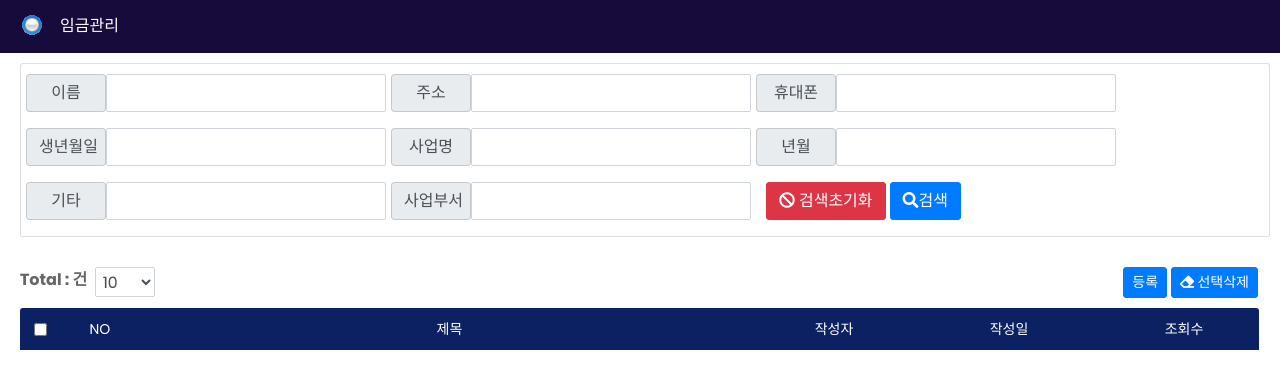
Repository: kimnamgu/GangNamGu
Page: http://localhost/manpower/WEB-INF/jsp/manage/paymentMng.jsp
These files come from the project's save history. The page is drawn as it stood at one moment and after the next save; the edit follows.
The browser window is 1280 px wide. The pictures show the whole page.
The page is served by Tomcat 9. Nobody is signed in. Other server files are loaded and not shown. The template is opened directly, without the code that normally fills it, so the values that code supplies are empty.

Above is the page before, as saved 2020-11-04 01:51:51.
Console error: TypeError: Cannot read properties of undefined (reading 'replace')

### manpower/src/main/webapp/WEB-INF/jsp/manage/paymentMng.jsp
<%@ page language="java" contentType="text/html; charset=UTF-8"	pageEncoding="UTF-8"%>
<html>
<head>
<%@ include file="/WEB-INF/include/include-header.jspf"%>


<script type="text/javascript">
	var user_right = "${sessionScope.userinfo.userright}";

	$(document).ready(function() {

		//from
		$("#FROM_DATE").datepicker({

			dateFormat: 'yy-mm-dd',
			monthNamesShort: ['1월','2월','3월','4월','5월','6월','7월','8월','9월','10월','11월','12월'],
		    dayNamesMin: ['일','월','화','수','목','금','토'],
			changeMonth: true, //월변경가능
		    changeYear: true, //년변경가능
			showMonthAfterYear: true //년 뒤에 월 표시
		});

		//to
		$("#TO_DATE").datepicker({

			dateFormat: 'yy-mm-dd',
			monthNamesShort: ['1월','2월','3월','4월','5월','6월','7월','8월','9월','10월','11월','12월'],
		    dayNamesMin: ['일','월','화','수','목','금','토'],
			changeMonth: true, //월변경가능
		    changeYear: true, //년변경가능
			showMonthAfterYear: true //년 뒤에 월 표시
		});

		//검색초기화
		fn_initial_setting();

		fn_selectDomesticContactList(1);

		$("#NAME").keydown(function (key) {

			if(key.keyCode == 13){//키가 13이면 실행 (엔터는 13)
				$("#PAGE_INDEX").val("1");
				fn_selectDomesticContactList(1);
			}
		});

		$("#search").on("click", function(e){ //검색 버튼
			e.preventDefault();
			fn_selectDomesticContactList(1);
		});

		$("#DISP_CNT").change(function(){
			$("#RECORD_COUNT").val($("#DISP_CNT option:selected").val());
			fn_selectDomesticContactList(1);
		});

		$("#initial").on("click", function(e){ //초기화 버튼
			e.preventDefault();
			$("#form1").each(function() {
				fn_initial_setting();
		    });
		});

		//전체 선택시
		$('input[name=_selected_all_]').on('change', function(){
			$('input[name=_selected_]').prop('checked', this.checked);
		});


		$("#delete").on("click", function(e){ //초기화 버튼
			e.preventDefault();
			delChkRow();
		});


	});

	function fromDate_icon(){
		//from
		$("#FROM_DATE").focus();

	}

	function toDate_icon(){
		//to
		$("#TO_DATE").focus();
	}


	//선택 로우 삭제
    function delChkRow() {

    	var arr = $('input[name=_selected_]:checked').serializeArray().map(function(item) { return item.value });

		var checkedValue = [];
		$('input[name=_selected_]:checked').each(function(index, item){
			checkedValue.push($(item).val());
		});


		if (arr.length ==0 ) {
			alert("선택된 로우가 없습니다.");
			return false;
		}

		if (confirm("선택 항목을 삭제 하시겠습니까?")) {

			//견적서 파일 삭제

			$.ajax({
		        type: "post",
		        url : "/corona/manage/deleteDomesticChk.do",
		        data: {
		        	val:checkedValue
		        },
		        contentType : "application/x-www-form-urlencoded; charset=utf-8",

		        success:function (data) {//추천성공
		        	alert("삭제가 완료되었습니다.");
		        	fn_selectDomesticContactList(1);
	            },

		        error: function (data) {//추천실패
		        	alert("삭제가 실패 하였습니다.관리자에게 문의 바랍니다.");
	            }
	     	});

		}
	}

	//수정화면가기
	function fn_updateDomestic(UID) {
		var comSubmit = new ComSubmit();

		comSubmit.setUrl("<c:url value='/write/updateDomesticView.do' />");
		comSubmit.addParam("ID", UID);
		comSubmit.submit();
	}


	//검색초기화
	function fn_initial_setting(){
		//From의 초기값을 오늘 날짜로 설정
	    $('#FROM_DATE').datepicker('setDate', '-1M'); //(-1D:하루전, -1M:한달전, -1Y:일년전), (+1D:하루후, -1M:한달후, -1Y:일년후)
	    //To의 초기값을 내일로 설정
	    $('#TO_DATE').datepicker('setDate', 'today'); //(-1D:하루전, -1M:한달전, -1Y:일년전), (+1D:하루후, -1M:한달후, -1Y:일년후)

	    $("#RECORD_COUNT").val($("#DISP_CNT option:selected").val());
		$("#PAGE_INDEX").val("1");

		$("#NAME").val("");
	}


	function fn_selectDomesticContactList(pageNo){
		var comAjax = new ComAjax();
		comAjax.setUrl("<c:url value='/manage/selectDomesticContactList.do' />");
		comAjax.addParam("PAGE_INDEX",pageNo);
		comAjax.addParam("PAGE_ROW", $("#RECORD_COUNT").val());
		comAjax.addParam("name", $("#NAME").val());

		comAjax.addParam("from_date", $("#FROM_DATE").val().replace(/-/gi, ""));
		comAjax.addParam("to_date", $("#TO_DATE").val().replace(/-/gi, ""));
		comAjax.setCallback("fn_selectDomesticContactListCallback");

		comAjax.ajax();
	}


	function fn_selectDomesticContactListCallback(data){
		var total = data.total;
		var body = $("#mytable");
		var recordcnt = $("#RECORD_COUNT").val();


		$("#tcnt").text(comma(total));

		body.empty();
		if(total == 0){
			var str = "<tr>" +
				  "<td colspan='32' style='text-align:center;'>조회된 결과가 없습니다.</td>" +
				  "</tr>";
			body.append(str);
		}
		else{
			var params = {
				divId : "PAGE_NAVI",
				pageIndex : "PAGE_INDEX",
				totalCount : total,
				recordCount : recordcnt,
				eventName : "fn_selectDomesticContactList"
			};
			gfn_renderPaging(params);

			var str = "";
			var t_str = "";
			var tr_class = "";
			var jsonData = null;
			var jsonStr = null;

			$.each(data.list, function(key, value){
				       t_str = "";

				       if ((value.RNUM % 2) == 0 )
							tr_class = "tr1";
					   else
							tr_class = "tr2";


				       str += "<tr class='" + tr_class + "'>" +
				       			   "<td><input type='checkbox' name='_selected_' value='"+value.ID+"'></td>" +
								   "<td align='center' style='color:#444444;'>" + value.RNUM + "</td>" +
								   "<td width=90 align='center' style='color:#444444;word-break:break-all;'><span class='status--denied'>" + formatDate(NvlStr(value.WRITE_DATE), ".") + "</span></td>" +
								   "<td align='center' style='color:#444444;'>" + hp_format(NvlStr(value.CELL_NUM)) + "</td>" +
								   "<td align='center' style='color:blue;'>" +
								   "	<a href='javascript:void(0);' onclick='fn_updateDomestic("+ value.ID +")' name='NAME'>" + NvlStr(value.NAME) + "</a>"+
								   "</td>" +
								   "<td align='center' style='color:#444444;'>" + NvlStr(value.SEX) + "</td>" +
								   "<td align='center' style='color:#444444;'>" + NvlStr(value.BIRTH) + "</td>" +
								   "<td align='center' style='color:#444444;'>" + NvlStr(value.JOB) + "</td>" +
								   "<td align='center' style='color:#444444;'>" + NvlStr(value.SELF_ISO_AREA_DONG) + "</td>" +
								   "<td align='center' style='color:#444444;'>" + NvlStr(value.SELF_ISO_AREA_ADDRESS) + "</td>" +
								   "<td align='center' style='color:#444444;'>" + NvlStr(value.SELF_ISO_AREA_ADDRESS_DTL) + "</td>" +
								   "<td align='center' style='color:#444444;'>" + NvlStr(value.PATIENT_NUM) + "</td>" +
								   "<td align='center' style='color:#444444;'>" + NvlStr(value.PATIENT_NAME) + "</td>" +
								   "<td align='center' style='color:#444444;'>" + NvlStr(value.CONTACT_NUM) + "</td>" +
								   "<td align='center' style='color:#444444;'>" + NvlStr(value.CONTACT_NAME) + "</td>" +
								   "<td align='center' style='color:#444444;'>" + NvlStr(value.FINAL_CONTACT) + "</td>" +
								   "<td align='center' style='color:#444444;'>" + NvlStr(value.MONITOR_START) + "</td>" +
								   "<td align='center' style='color:#444444;'>" + NvlStr(value.MONITOR_END) + "</td>" +
								   "<td align='center' style='color:#444444;'>" + NvlStr(value.CONTACT_ADDRESS) + "</td>" +
								   "<td align='center' style='color:#444444;'>" + NvlStr(value.CONTACT_TYPE) + "</td>" +
								   "<td align='center' style='color:#444444;'>" + NvlStr(value.CONTACT_GUBUN) + "</td>" +
								   "<td align='center' style='color:#444444;'>" + NvlStr(value.PATIENT_YN) + "</td>" +
								   "<td align='center' style='color:#444444;'>" + NvlStr(value.BALGUB_YN) + "</td>" +
								   "<td align='center' style='color:#444444;'>" + NvlStr(value.DAMDANG_DEPART) + "</td>" +
								   "<td align='center' style='color:#444444;'>" + NvlStr(value.DAMDANG_CLASS) + "</td>" +
								   "<td align='center' style='color:#444444;'>" + NvlStr(value.DAMDANG_POSITION) + "</td>" +
								   "<td align='center' style='color:#444444;'>" + NvlStr(value.DAMDANG_NAME) + "</td>" +
								   "<td align='center' style='color:#444444;'>" + NvlStr(value.DAMDANG_CALL) + "</td>" +
							   "</tr>";

			});
			body.append(str);
		}
	}


	//엑셀 업로드
	function check() {
		var file = $("#excelFile").val();

		if (file == "" || file == null) {
			alert("파일을 선택해주세요.");
			return false;
		} else if (!checkFileType(file)) {
			alert("엑셀 파일만 업로드 가능합니다.");
			return false;
		}

		if (confirm("업로드시 병합된 셀이 있으면 해제해 주셔야 합니다.\n업로드 하시겠습니까?")) {

			var options = {
				success : function(data) {
					if(data.resultMap.rtn == 1){
						alert("모든 데이터가 업로드 되었습니다.");
						fn_selectDomesticContactList(1);
					}else{
						alert(data.resultMap.err_msg+"\n\n" + data.resultMap.err_msg_dtl);
					}

				},
				type : "POST"
			};

			$("#excelUploadForm").ajaxSubmit(options);

		}
	}

	//엑셀 형식인지 확인
	function checkFileType(filePath) {
		var fileFormat = filePath.split(".");

		if (fileFormat.indexOf("xls") > -1 || fileFormat.indexOf("xlsx") > -1) {
			return true;
		} else {
			return false;
		}
	}

	//샘플다운로드
	function fn_sampleDownload(gubun){
		var comSubmit = new ComSubmit();
		comSubmit.setUrl("<c:url value='/common/downloadSampleFile.do' />");
		comSubmit.addParam("gubun", gubun);
		comSubmit.submit();
	}

	//엑셀 다운로드
	function doExcelDownloadProcess(mappingValue){
		alert("다운로드 되는 엑셀은 조회조건에 영향을 받습니다.");

		$("input[name=name]", "form[name=excelDown]").val($("#NAME").val());
		$("input[name=from_date]", "form[name=excelDown]").val($("#FROM_DATE").val().replace(/-/gi, ""));
		$("input[name=to_date]", "form[name=excelDown]").val($("#TO_DATE").val().replace(/-/gi, ""));

	    var f = document.excelDown;
	    f.action = mappingValue;
	    f.submit();
	}
</script>
</head>

<body>

<form id="form1" name="form1">
<input type="hidden" id="USER_ID" name="USER_ID" value="${sessionScope.userinfo.userId}">
<c:set var="u_rt" value="${sessionScope.userinfo.userright}"/>


<div style="background-color:#170B3B;color:white; margin-bottom:10px; width: 100%;">
	<a href="#this" class="btn" id="logout">
		<img src="/manpower/images/popup_title.gif" align="absmiddle">
	</a>임금관리
</div>



<div style="width:100%;padding-left:20px;padding-right:10px;">
	<div class="card" style="width:100%;display: inline-block;padding-top:10px;">
		<form action="" method="post">
			<div class="card-body card-block">
				<div>
					<div class="form-group" style="width: 360;float:left;margin-left:5px;">
						<div class="input-group">
							<div class="input-group-addon" style="width: 80px;">이름</div>
							<input type="text" id="NAME" name="NAME" value="" class="form-control">
						</div>
					</div>

					<div class="form-group" style="width: 360;float:left;margin-left:5px;">
						<div class="input-group">
							<div class="input-group-addon" style="width: 80px;">주소</div>
							<input type="text" id="NAME" name="NAME" value="" class="form-control">
						</div>
					</div>

					<div class="form-group" style="width: 360;float:left;margin-left:5px;">
						<div class="input-group">
							<div class="input-group-addon" style="width: 80px;">휴대폰</div>
							<input type="text" id="NAME" name="NAME" value="" class="form-control">
						</div>
					</div>

					<div class="form-group" style="width: 360;float:left;margin-left:5px;">
						<div class="input-group">
							<div class="input-group-addon" style="width: 80px;">생년월일</div>
							<input type="text" id="NAME" name="NAME" value="" class="form-control">
						</div>
					</div>

					<div class="form-group" style="width: 360;float:left;margin-left:5px;">
						<div class="input-group">
							<div class="input-group-addon" style="width: 80px;">사업명</div>
							<input type="text" id="NAME" name="NAME" value="" class="form-control">
						</div>
					</div>

					<div class="form-group" style="width: 360;float:left;margin-left:5px;">
						<div class="input-group">
							<div class="input-group-addon" style="width: 80px;">년월</div>
							<input type="text" id="NAME" name="NAME" value="" class="form-control">
						</div>
					</div>

					<div class="form-group" style="width: 360;float:left;margin-left:5px;">
						<div class="input-group">
							<div class="input-group-addon" style="width: 80px;">기타</div>
							<input type="text" id="NAME" name="NAME" value="" class="form-control">
						</div>
					</div>

					<div class="form-group" style="width: 360;float:left;margin-left:5px;">
						<div class="input-group">
							<div class="input-group-addon" style="width: 80px;">사업부서</div>
							<input type="text" id="NAME" name="NAME" value="" class="form-control">
						</div>
					</div>
				</div>
			</div>
			<div class="form-actions form-group">
				<div style="float: left;margin-left:15px;">
					<a href="#this" class="btn btn-danger" id="initial"><i class="fa fa-ban"></i> 검색초기화</a>
					<a href="#this" class="btn btn-primary" id="search"><i class="fa fa-search"></i>검색</a>
				</div>
			</div>
		</form>
	</div>
</div>

	<div style="float: left;margin-left:20px;">
		<div style="float: left;">
			<b>Total : <span id="tcnt"></span> 건</b> &nbsp;
		</div>
		<div style="float: left;">
			<select id="DISP_CNT" name="DISP_CNT" class="form-control" style="width:60px!important;height:30px;padding:3px;">
	           	<option value="10">10</option>
	           	<option value="20">20</option>
				<option value="50">50</option>
			</select>
		</div>
	</div>

</form>

<div class="contents" style="float:right;margin-right:22px;margin-bottom:10px;">
	<a href="/corona/write/domesticWrite.do" class="btn btn-primary btn-sm" id="insert">등록</a>
	<a href="#this" class="btn btn-primary btn-sm" id="delete"><i class="fa fa-eraser"></i> 선택삭제</a>
</div>
<div align="left" style="width:100%;padding-right:20px;">
	<div  style="margin-left:20px;" align="center">
		<div class="table-responsive m-b-40">
			 <table class="table table-borderless table-data3" id="selectable">
			     <thead style="background-color:#0B2161;">
			        <tr align="center">
			        		<th style="width: 40px;"><input type="checkbox" name="_selected_all_"></th>
							<th style="width: 80px;">NO</th>
							<th>제목</th>
							<th style="width: 150px;">작성자</th>
							<th style="width: 200px;">작성일</th>
							<th style="width: 150px;">조회수</th>
						</tr>
			      </thead>
			      <tbody id='mytable'>
			      </tbody>
		      </table>
	      </div>
	</div>

	<div id="PAGE_NAVI" align='center'></div>
	<input type="hidden" id="PAGE_INDEX" name="PAGE_INDEX"/>
	<input type="hidden" id="RECORD_COUNT" name="RECORD_COUNT" value="20"/>

</div>

	<%@ include file="/WEB-INF/include/include-body.jspf" %>




</body>
</html>

### manpower/src/main/webapp/WEB-INF/include/include-header.jspf
<%@ taglib prefix="c" uri="http://java.sun.com/jsp/jstl/core" %>
<%@ taglib prefix="fn" uri="http://java.sun.com/jsp/jstl/functions" %>
<%@ taglib prefix="fmt" uri="http://java.sun.com/jsp/jstl/fmt" %>
<!--
<link rel="stylesheet" type="text/css" href="/manpower/css/common.css" />
<link rel="stylesheet" type="text/css" href="/manpower/css/skin01.css" />
<link rel="stylesheet" type="text/css" href="/manpower/css/import.css" />
<link rel="stylesheet" type="text/css" href="/manpower/css/manpower.css" />
 -->



<!-- Fontfaces CSS-->
<link href="/manpower/bootstrap/css/font-face.css" rel="stylesheet" media="all">
<link href="/manpower/bootstrap/vendor/font-awesome-4.7/css/font-awesome.min.css" rel="stylesheet" media="all">
<link href="/manpower/bootstrap/vendor/font-awesome-5/css/fontawesome-all.min.css" rel="stylesheet" media="all">
<link href="/manpower/bootstrap/vendor/mdi-font/css/material-design-iconic-font.min.css" rel="stylesheet" media="all">

<!-- Bootstrap CSS-->
<link href="/manpower/bootstrap/vendor/bootstrap-4.1/bootstrap.min.css" rel="stylesheet" media="all">

<!-- Vendor CSS-->
<link href="/manpower/bootstrap/vendor/animsition/animsition.min.css" rel="stylesheet" media="all">
<link href="/manpower/bootstrap/vendor/bootstrap-progressbar/bootstrap-progressbar-3.3.4.min.css" rel="stylesheet" media="all">
<link href="/manpower/bootstrap/vendor/wow/animate.css" rel="stylesheet" media="all">
<link href="/manpower/bootstrap/vendor/css-hamburgers/hamburgers.min.css" rel="stylesheet" media="all">
<link href="/manpower/bootstrap/vendor/slick/slick.css" rel="stylesheet" media="all">
<link href="/manpower/bootstrap/vendor/select2/select2.min.css" rel="stylesheet" media="all">
<link href="/manpower/bootstrap/vendor/perfect-scrollbar/perfect-scrollbar.css" rel="stylesheet" media="all">

<!-- Main CSS-->
<link href="/manpower/bootstrap/css/theme.css" rel="stylesheet" media="all">




<!-- Jquery JS-->
<script src="/manpower/bootstrap/vendor/jquery-3.2.1.min.js"></script>
<!-- Bootstrap JS-->
<script src="/manpower/bootstrap/vendor/bootstrap-4.1/popper.min.js"></script>
<script src="/manpower/bootstrap/vendor/bootstrap-4.1/bootstrap.min.js"></script>
<!-- Vendor JS       -->
<script src="/manpower/bootstrap/vendor/slick/slick.min.js">
</script>
<script src="/manpower/bootstrap/vendor/wow/wow.min.js"></script>
<script src="/manpower/bootstrap/vendor/animsition/animsition.min.js"></script>
<script src="/manpower/bootstrap/vendor/bootstrap-progressbar/bootstrap-progressbar.min.js">
</script>
<script src="/manpower/bootstrap/vendor/counter-up/jquery.waypoints.min.js"></script>
<script src="/manpower/bootstrap/vendor/counter-up/jquery.counterup.min.js">
</script>
<script src="/manpower/bootstrap/vendor/circle-progress/circle-progress.min.js"></script>
<script src="/manpower/bootstrap/vendor/perfect-scrollbar/perfect-scrollbar.js"></script>
<script src="/manpower/bootstrap/vendor/chartjs/Chart.bundle.min.js"></script>
<script src="/manpower/bootstrap/vendor/select2/select2.min.js">
</script>

<!-- Main JS-->
<script src="/manpower/bootstrap/js/main.js"></script>

<!-- jQuery -->
<link rel="stylesheet" type="text/css" href="/manpower/css/jquery-ui.css" />
<!-- <script src="http://code.jquery.com/jquery.min.js"></script>-->
<script type="text/javascript" src="<c:url value='/js/jquery.min.js'/>"></script>
<script type="text/javascript" src="<c:url value='/js/jquery-ui.js'/>"></script>
<script type="text/javascript" src="<c:url value='/js/jquery.cookie.js'/>"></script>
<script type="text/javascript" src="<c:url value='/js/jquery.form.js'/>"></script>
<script src="<c:url value='/js/common.js'/>" charset="utf-8"></script>

### manpower/src/main/webapp/WEB-INF/include/include-body.jspf
<%@ page pageEncoding="utf-8"%>
<form id="commonForm" name="commonForm"></form>

Loaded but not shown: manpower/src/main/webapp/bootstrap/css/theme.css (library); manpower/src/main/webapp/css/jquery-ui.css (library); manpower/src/main/webapp/js/jquery.min.js (library); manpower/src/main/webapp/js/jquery-ui.js (library); manpower/src/main/webapp/js/jquery.cookie.js (library); manpower/src/main/webapp/js/jquery.form.js (library); manpower/src/main/webapp/bootstrap/js/main.js (1670 lines, source omitted); manpower/src/main/webapp/js/common.js (515 lines, source omitted); manpower/src/main/webapp/bootstrap/css/font-face.css (234 lines, source omitted)

After the next save:
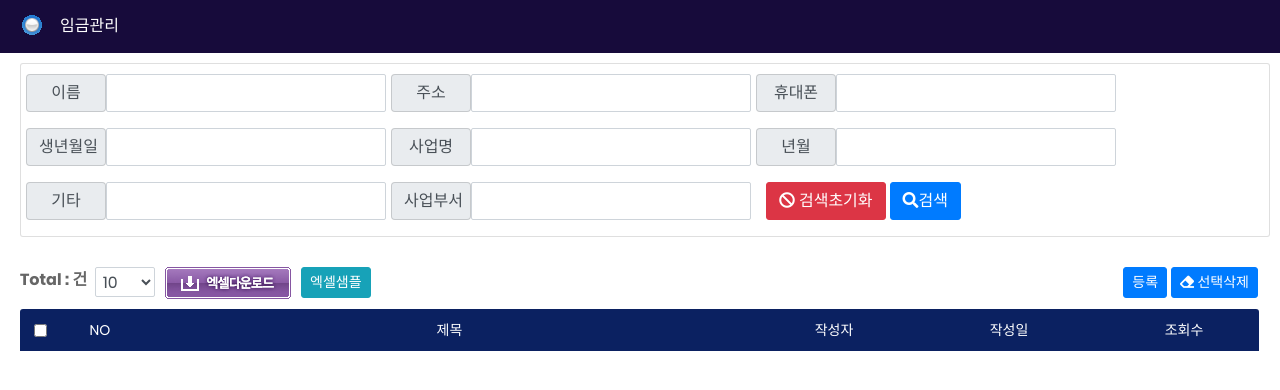
Saved 5 min 14 s later.
--- a/manpower/src/main/webapp/WEB-INF/jsp/manage/paymentMng.jsp
+++ b/manpower/src/main/webapp/WEB-INF/jsp/manage/paymentMng.jsp
@@ -414,6 +414,22 @@
 
 </form>
 
+	<div style="float:left;margin-left:10px;margin-bottom:10px;">
+		<!-- 엑셀 다운용 폼 -->
+		<form id="excelDown" name="excelDown" method="post" enctype="multipart/form-data">
+			<input type="hidden" name="name">
+			<input type="hidden" name="from_date">
+			<input type="hidden" name="to_date">
+
+			<input type="image" src="/corona/images/common/btn_excel.gif" style="border:0;" onclick="doExcelDownloadProcess('/corona/manage/downloadDomesticExcelFile.do')" alt="엑셀다운로드">
+		</form>
+	</div>
+
+	<!-- 샘플다운로드 -->
+	<div style="float:left;margin-left:10px;margin-bottom:10px;">
+		<input class="btn btn-info btn-sm" type="button" id="sample_download" onClick="fn_sampleDownload('domestic')" value="엑셀샘플">
+	</div>
+
 <div class="contents" style="float:right;margin-right:22px;margin-bottom:10px;">
 	<a href="/corona/write/domesticWrite.do" class="btn btn-primary btn-sm" id="insert">등록</a>
 	<a href="#this" class="btn btn-primary btn-sm" id="delete"><i class="fa fa-eraser"></i> 선택삭제</a>
